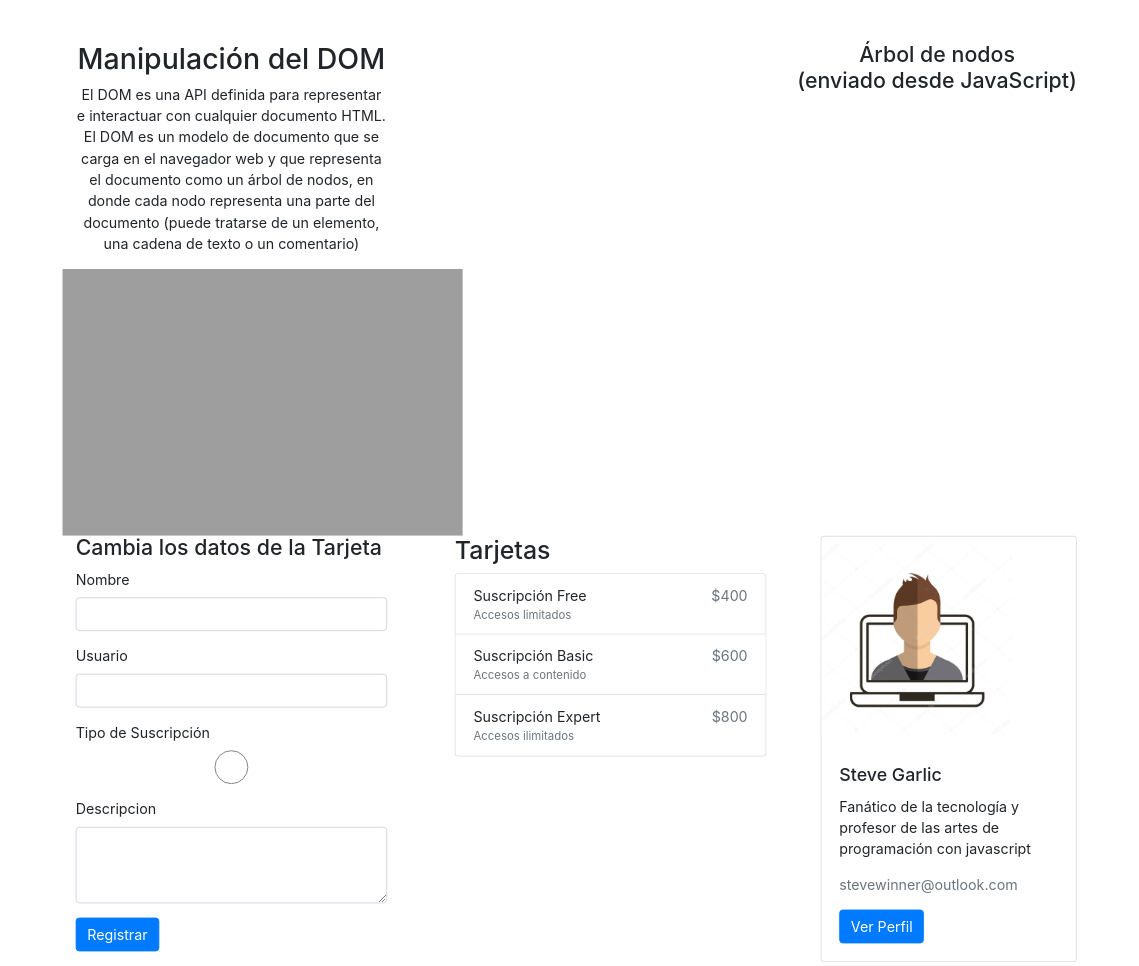
Repository: pedro-donoso/manipulacion-dom
Page: index.html
These files come from the project's save history. The page is drawn as it stood at one moment and after the next save; the edit follows.
The browser window is 1280 px wide. The pictures show the whole page, at 89% of full size.
Pictures or frames that could not be fetched are drawn as grey boxes.

Above is the page before, as saved 2024-02-06 14:21:11.

### index.html
<!doctype html>
<html lang="es">

<head>
    <!-- Required meta tags -->
    <meta charset="utf-8">
    <meta name="viewport" content="width=device-width, initial-scale=1, shrink-to-fit=no">

    <!-- Bootstrap CSS -->
    <link rel="stylesheet" href="https://cdn.jsdelivr.net/npm/bootstrap@4.3.1/dist/css/bootstrap.min.css"
        integrity="sha384-ggOyR0iXCbMQv3Xipma34MD+dH/1fQ784/j6cY/iJTQUOhcWr7x9JvoRxT2MZw1T" crossorigin="anonymous">

    <title>Manipulación del DOM</title>
</head>

<body>

    <main class="container">

        <!-- 1- AGREGO CLASE container PARA MANIPULAR ESTE PÁRRAFO -->
        <div class="row mt-5 text-center justify-content-between" id="contenedor">
            <div class="col-4 col-md-4">
                <h2>Manipulación del DOM</h2>
                <p class="text-center">
                    El DOM es una API definida para representar e interactuar con cualquier documento HTML.
                    El DOM es un modelo de documento que se carga en el navegador web y que representa el documento como un árbol de
                    nodos, en donde cada nodo representa una parte del documento (puede tratarse de un elemento, una
                    cadena de texto o un comentario)
                </p>
            </div>
        </div>
        <div class="row justify-content-between">
            <div class="col-4 col-md-4">
                <h4>Cambia los datos de la Tarjeta</h4>
                <!-- 15- AGREGO id PARA ESCUCHAR EVENTO CLICK -->
                <form id="formulario">
                    <!-- 21- AGREGO ID DE CADA CAMPO -->
                    <label>Nombre</label>
                    <input type="text" class="form-control mb-3" id="nombre">
                    <label>Usuario</label>
                    <input type="text" class="form-control mb-3" id="usuario">
                    <label>Tipo de Suscripción</label>
                    <input type="radio" class="form-control mb-3" id="email">





                    <label>Descripcion</label>
                    <textarea rows="3" class="form-control mb-3" id="descripcion"></textarea>
                    <div>
                        <button class="btn btn-primary mb-3">Registrar</button>
                    </div>
                </form>
            </div>
            <div class="col-4 col-md-4">
                <h3>Tarjetas</h3>
                <div class="card">
                    <ul class="list-group list-group-flush">
                        <li class="list-group-item d-flex justify-content-between">
                            <div class="d-flex flex-column">
                                <span>Suscripción Free</span>
                                <small class="text-muted">Accesos limitados</small>
                            </div>
                            <div>
                                <span class="text-muted">$400</span>
                            </div>
                        </li>
                        <li class="list-group-item d-flex justify-content-between">
                            <div class="d-flex flex-column">
                                <span>Suscripción Basic</span>
                                <small class="text-muted">Accesos a contenido</small>
                            </div>
                            <div>
                                <span class="text-muted">$600</span>
                            </div>
                        </li>
                        <li class="list-group-item d-flex justify-content-between">
                            <div class="d-flex flex-column">
                                <span>Suscripción Expert</span>
                                <small class="text-muted">Accesos ilimitados</small>
                            </div>
                            <div>
                                <span class="text-muted">$800</span>
                            </div>
                        </li>
                    </ul>
                </div>
            </div>

            <!-- 8- AGREGO CARD -->
        <!-- 13- AGREGO ID PARA CAPTURAR CONTENEDOR -->
        <div class="row" id="contenedor_tarjeta">

        </div>

        </div>

    </main>

    <!-- Optional JavaScript -->
    <!-- jQuery first, then Popper.js, then Bootstrap JS -->
    <script src="https://code.jquery.com/jquery-3.3.1.slim.min.js"
        integrity="sha384-q8i/X+965DzO0rT7abK41JStQIAqVgRVzpbzo5smXKp4YfRvH+8abtTE1Pi6jizo"
        crossorigin="anonymous"></script>
    <script src="https://cdn.jsdelivr.net/npm/popper.js@1.14.7/dist/umd/popper.min.js"
        integrity="sha384-UO2eT0CpHqdSJQ6hJty5KVphtPhzWj9WO1clHTMGa3JDZwrnQq4sF86dIHNDz0W1"
        crossorigin="anonymous"></script>
    <script src="https://cdn.jsdelivr.net/npm/bootstrap@4.3.1/dist/js/bootstrap.min.js"
        integrity="sha384-JjSmVgyd0p3pXB1rRibZUAYoIIy6OrQ6VrjIEaFf/nJGzIxFDsf4x0xIM+B07jRM"
        crossorigin="anonymous"></script>

    <script src="./app.js"></script>
</body>

</html>

### app.js
// 2- CREO VARIABLE PARA MANIPULAR HTML
let contenedor = document.querySelector("#contenedor");

// 3- CREAR ELEMENTO SUBTITULO Y LE AGREGO PROPIEDADES
let subtitulo = document.createElement("h4");
subtitulo.innerText = "Árbol de nodos \n (enviado desde JavaScript)";

// 4- OBTENER EL CUERPO DEL DOCUMENTO
let body = document.body;

// 5- AGREGAR EL NUEVO ELEMENTO AL CUERPO DEL DOCUMENTO
body.appendChild(subtitulo);

// 6- AGREGO IMAGEN
let imagen = document.createElement("img");
imagen.src =
  "https://www.freecodecamp.org/news/content/images/2021/09/Document.jpg";
imagen.width = "450";
imagen.height = "300";
imagen.alt = "árbol de nodos";

// 7- AGREGO ELEMENTOS AL CONTENEDOR
contenedor.append(subtitulo, imagen);

// 13- AGREGO CONSTRUCTOR
const autor = {
  nombre: "Steve Garlic",
  usuario: "",
  email: "stevewinner@outlook.com",
  descripcion:
    "Fanático de la tecnología y profesor de las artes de programación con javascript",
  imagen: "./img/icono.jpg"
};

// 19- Agrego const crearTarjeta y agrego todas las funciones del código
const crearTarjeta = () => {
  // 25- CREO DOCUMENTO VACIO
  document.querySelector("#contenedor_tarjeta").innerHTML = "";

  // 9- CREO ESTRUCTURA DEL CODIGO
  let columnaTarjeta = document.createElement("div");
  columnaTarjeta.className = "col";

  // 10- CREO TEMPLATE STRING DEL CONTENIDO DE LA TARJETA AUTOR
  // 14- AGREGO DATOS DEL CONSTRUCTOR (13)
  // 17- CREO EVENTO onclick
  // 19- LLAMAR A eventoClick CON event
  let tarjetaAutor = ` <div class="card" style="width: 18rem;">
        <img class="card-img-top pt-2 w-75" src="${autor.imagen}" alt="Card image cap">
        <div class="card-body">
        <h4 class="card-title">${autor.usuario}</h4>
            <h5 class="card-title">${autor.nombre}</h5>
            <p class="card-text">${autor.descripcion}</p>
            <p class="text-muted">${autor.email}</p>
            <button class="btn btn-primary" onclick="eventoClick(event)">Ver Perfil</button>
        </div>
    </div>`;

  // 11- AGREGO TEMPLATE STRING A columnaTarjeta (HIJO)
  columnaTarjeta.innerHTML = tarjetaAutor;

  // 12- AGREGO columnaTarjeta AL CONTENEDOR (PADRE) MEDIANTE LA SELECCIÓN DEL ID #contenedor_tarjeta
  document.querySelector("#contenedor_tarjeta").append(columnaTarjeta);
};

// 16- Creo constante modificarAutor para agregarla al form en index.html, la función recibirá un evento
  const modificarAutor= (event) => {
    console.log(event);
    event.preventDefault();

    // 22- CAPTURO CAMPOS DEL FORMULARIO
    let nombre = document.querySelector("#nombre").value;
    let usuario = document.querySelector("#usuario").value;
    let email = document.querySelector("#email").value;
     let descripcion = document.querySelector("#descripcion").value;

    // 23- LLAMO A LA CONSTANTE AUTOR
    autor.nombre = nombre;
    autor.usuario = usuario;
    autor.email = email;
    autor.descripcion = descripcion;

    // 24- SE VUELVE A CREAR LA TARJETA CON LOS NUEVOS DATOS
    crearTarjeta();
  };


// 18- CAPTURO EVENTO CLIC DEL BOTON EN EL form MEDIANTE EL ID formulario
document.getElementById("formulario").addEventListener("submit",modificarAutor);

// 20- LLAMO A LA FUNCIÓN
crearTarjeta();

After the next save:
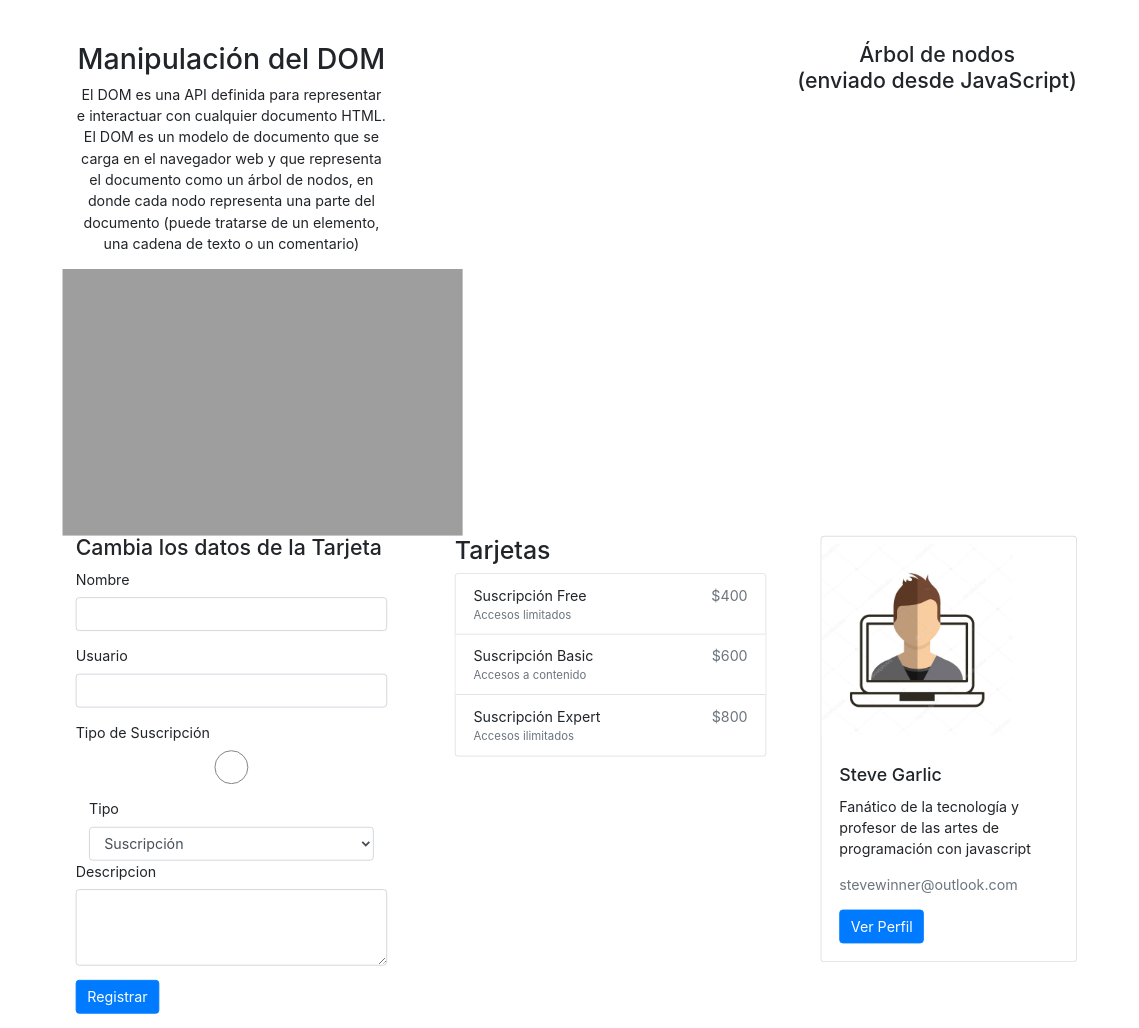
Saved 4 s later.
--- a/index.html
+++ b/index.html
@@ -43,7 +43,13 @@
                     <input type="radio" class="form-control mb-3" id="email">
 
 
-
+                    <div class="col">
+                        <label>Tipo</label>
+                        <select id="tipo" class="form-control">
+                            <option value="Suscripcion">Suscripción</option>
+                            <option value="Compra">Compra</option>
+                        </select>
+                    </div>
 
 
                     <label>Descripcion</label>
